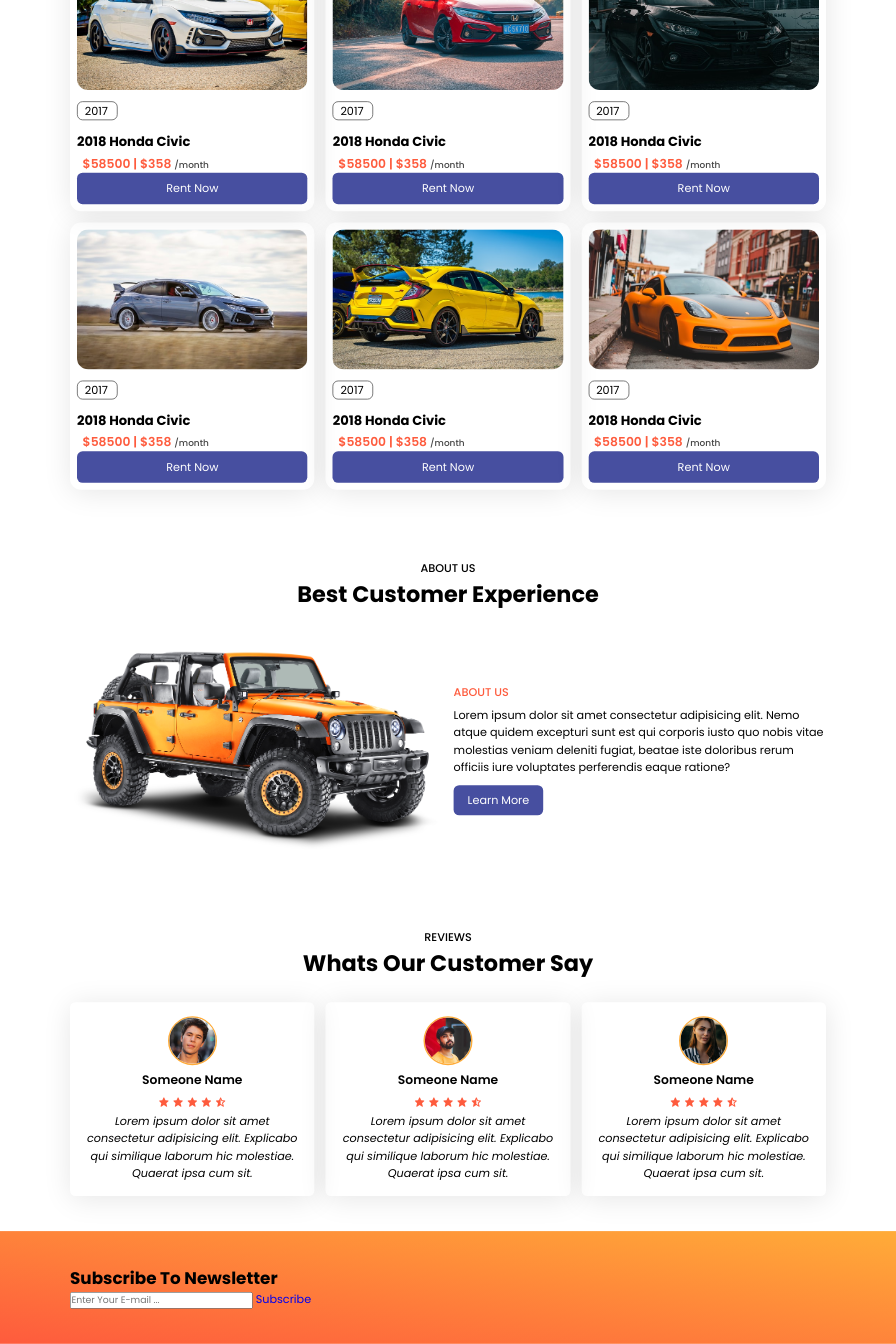
Repository: douglasabnovato/car-rental
Page: index.html
The author's editor kept a copy of each file at every save. The page is drawn from the files as they stood at one save, then again after the next save.
The browser window is 1280 px wide. The pictures show the part of the page from y = 1464 to 3384 px (the page is 3384 px tall), at 70% of full size.

Above is the page before, as saved 2025-05-16 16:57:22.

After the next save:
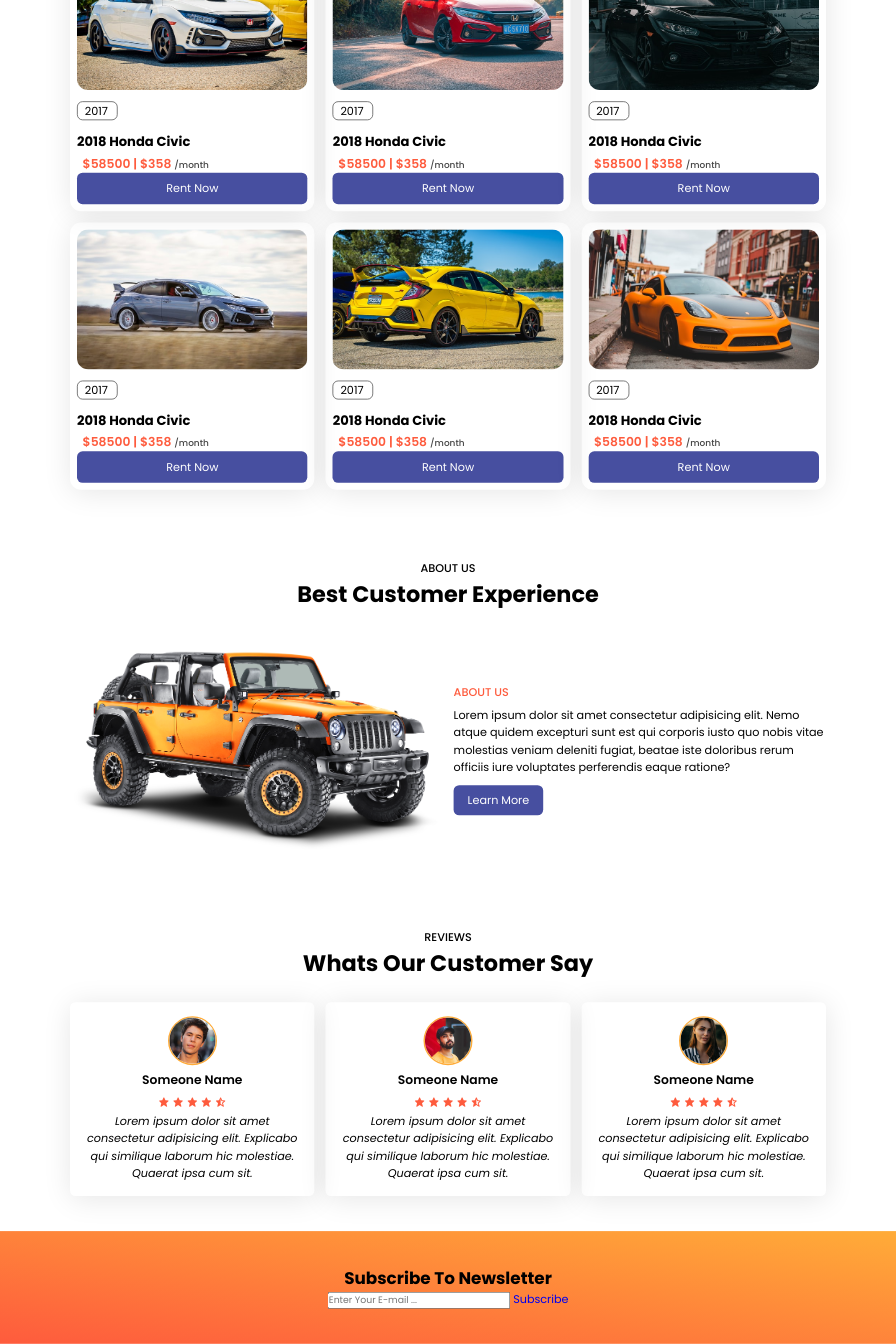
Saved 17 s later.
--- a/style.css
+++ b/style.css
@@ -383,4 +383,7 @@ header {
 /* Newsletter */
 .newsletter {
   background: linear-gradient(to top right, #fe5b3d, #ffac38);
-}
+  display: flex;
+  flex-direction: column;
+  align-items: center;
+}
